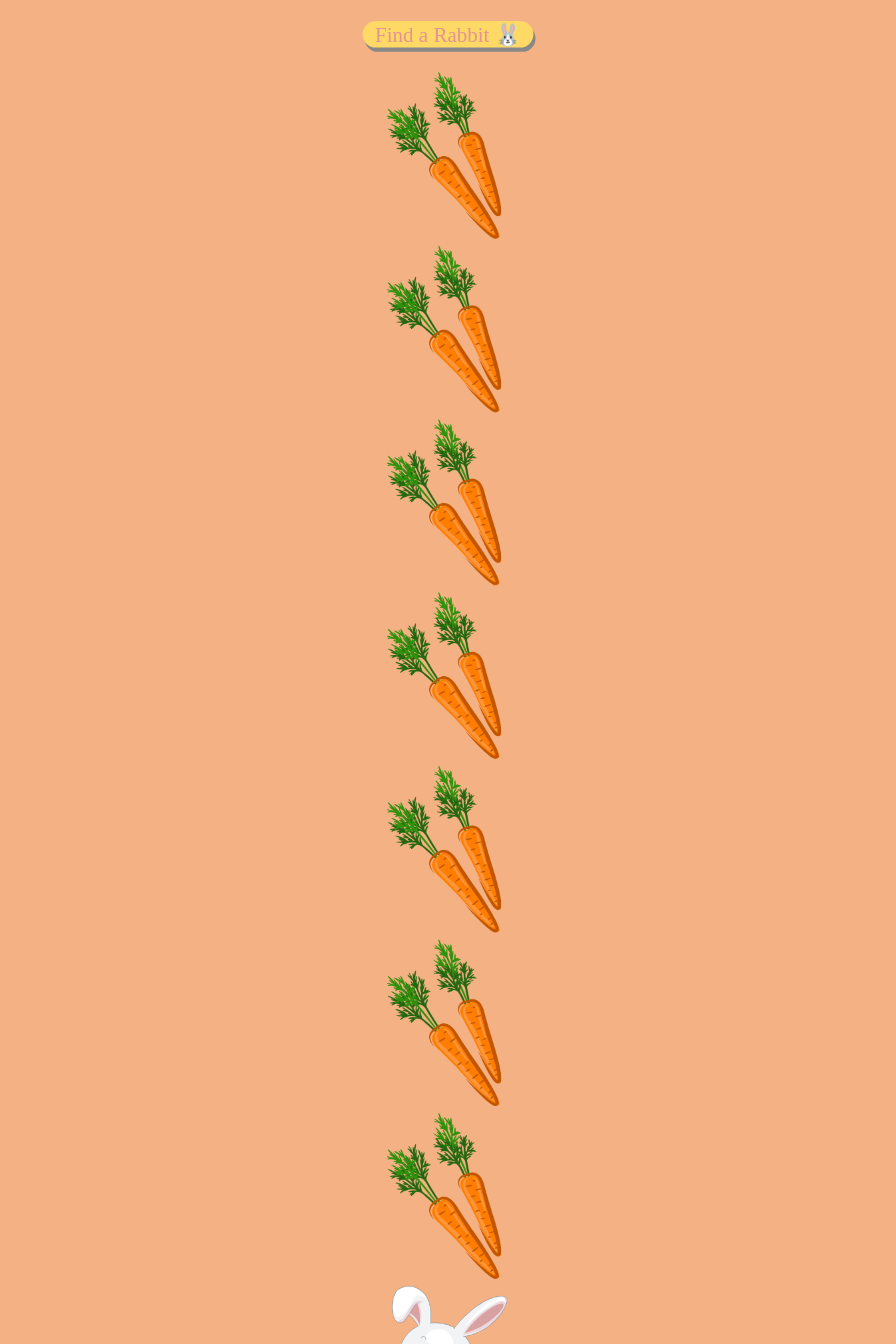
Repository: sephinejo/frontend-browser-101
Page: browser/practice-find-rabbit/index.html
An editor plug-in stored every save of this project. The page is shown before and after the next save, followed by the edit.
The browser window is 1280 px wide. The pictures show the part of the page from y = 0 to 1920 px (the page is 3039 px tall before and 3043 px after), at 70% of full size.
Some web fonts or font styles are not loaded; a fallback is used.

Above is the page before, as saved 2023-05-10 21:26:56.

### browser/practice-find-rabbit/index.html
<!DOCTYPE html>
<html lang="en">
  <head>
    <meta charset="UTF-8" />
    <meta name="viewport" content="width=device-width, initial-scale=1.0" />
    <title>Find a Rabbit 🐰</title>
    <link rel="preconnect" href="https://fonts.googleapis.com" />
    <link rel="preconnect" href="https://fonts.gstatic.com" crossorigin />
    <link
      href="https://fonts.googleapis.com/css2?family=Alice&display=swap"
      rel="stylesheet"
    />
    <style>
      body {
        margin: 0;
        display: flex;
        flex-direction: column;
        align-items: center;
        background-color: #f4b183;
      }

      button {
        border-style: none;
        border-radius: 1.4rem;
        margin: 30px 0;
        padding: 1.5px 18px;
        background-color: #ffd966;
        color: #e49393;
        font-size: 30px;
        font-family: Alice;
        box-shadow: 3px 6px #888888;
      }

      button:hover {
        transform: scale(1.2);
      }

      img {
        margin: 5px;
        width: 175px;
      }
    </style>
  </head>
  <body>
    <button>Find a Rabbit 🐰</button>
    <img src="img/carrot.png" alt="carrot" />
    <img src="img/carrot.png" alt="carrot" />
    <img src="img/carrot.png" alt="carrot" />
    <img src="img/carrot.png" alt="carrot" />
    <img src="img/carrot.png" alt="carrot" />
    <img src="img/carrot.png" alt="carrot" />
    <img src="img/carrot.png" alt="carrot" />
    <img class="rabbit" src="img/rabbit.png" alt="rabbit" />
    <img src="img/carrot.png" alt="carrot" />
    <img src="img/carrot.png" alt="carrot" />
    <img src="img/carrot.png" alt="carrot" />
    <img src="img/carrot.png" alt="carrot" />

    <script>
      const btn = document.querySelector('button');
      const rabbit = document.querySelector('.rabbit');
      btn.addEventListener('click', (e) => {
        rabbit.scrollIntoView({
          behavior: 'smooth',
          block: 'center',
          inline: 'nearest',
        });
      });
    </script>
  </body>
</html>

After the next save:
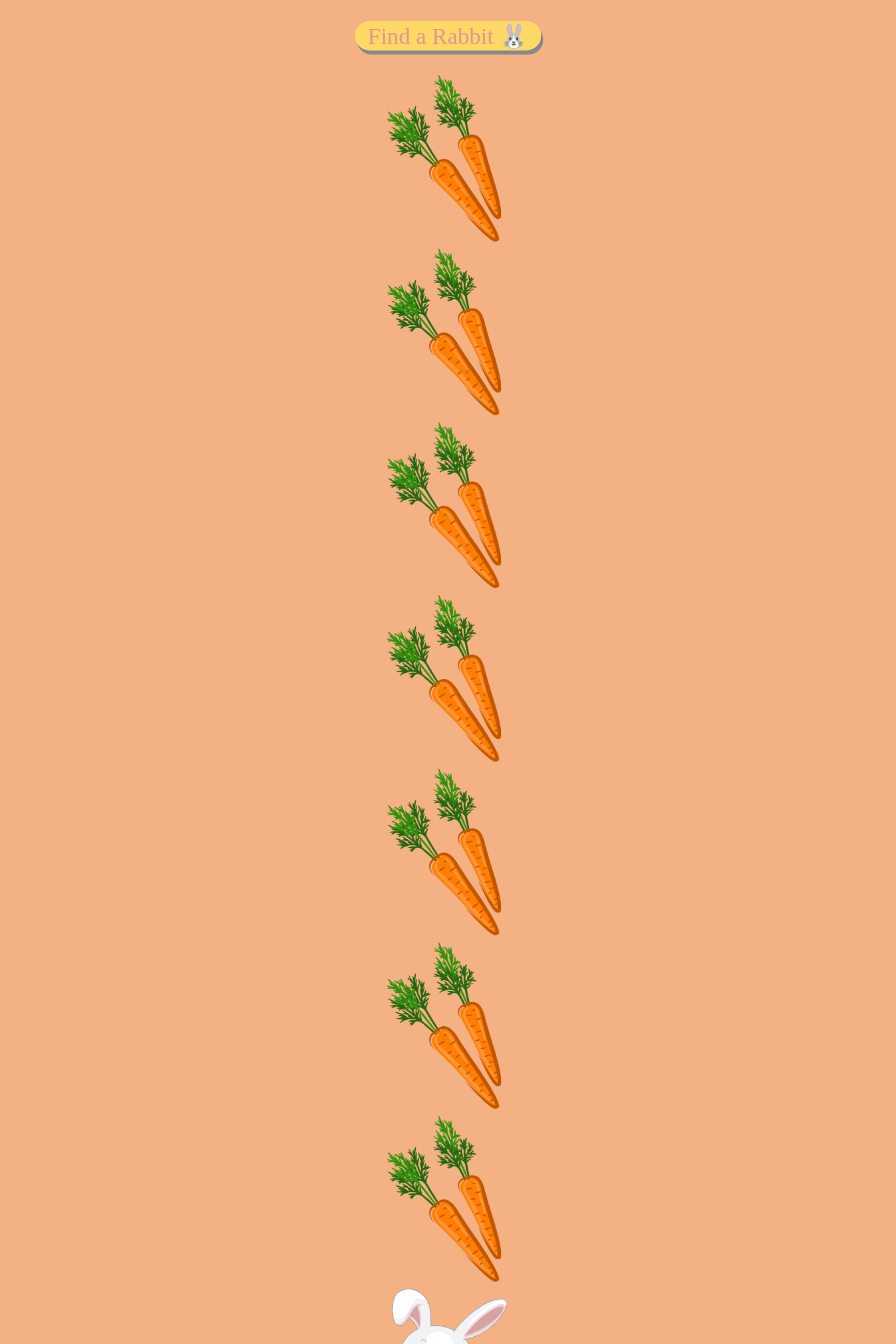
Saved 94 s later.
--- a/browser/practice-find-rabbit/index.html
+++ b/browser/practice-find-rabbit/index.html
@@ -26,7 +26,7 @@
         padding: 1.5px 18px;
         background-color: #ffd966;
         color: #e49393;
-        font-size: 30px;
+        font-size: 33px;
         font-family: Alice;
         box-shadow: 3px 6px #888888;
       }
